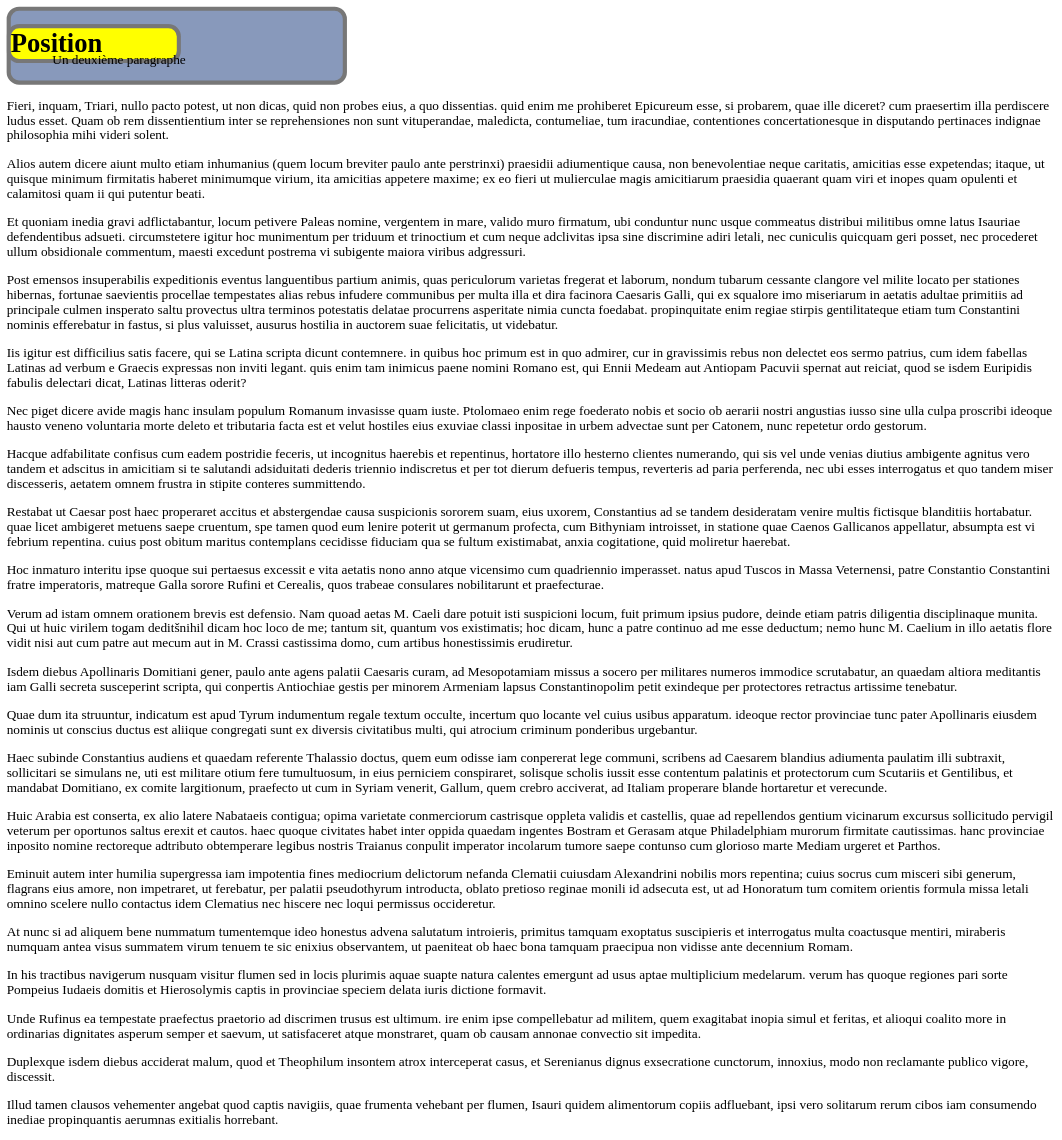
Repository: serviceshuios/-git-reference-java-lyon-worspace
Page: workspaceWeb/MaPremierePage/WebContent/Position.html
An editor plug-in stored every save of this project. The page is shown before and after the next save, followed by the edit.
The browser window is 1280 px wide. The pictures show the whole page, at 83% of full size.

Above is the page before, as saved 2017-04-04 09:32:03.

### workspaceWeb/MaPremierePage/WebContent/Position.html
<!DOCTYPE html>
<html>
<head>
<meta charset="UTF-8">
	<title>Display</title>
	<link rel="stylesheet" href="css/style13.css" />
</head>
<body>
<h1>Position</h1>
<div>
	<p class="para1">Un premier paragraphe</p>
	<p class="para2">Un deuxième paragraphe</p>
</div>
<p>Fieri, inquam, Triari, nullo pacto potest, ut non dicas, quid non probes eius, a quo dissentias. quid enim me prohiberet Epicureum esse, si probarem, quae ille diceret? cum praesertim illa perdiscere ludus esset. Quam ob rem dissentientium inter se reprehensiones non sunt vituperandae, maledicta, contumeliae, tum iracundiae, contentiones concertationesque in disputando pertinaces indignae philosophia mihi videri solent.</p>

<p>Alios autem dicere aiunt multo etiam inhumanius (quem locum breviter paulo ante perstrinxi) praesidii adiumentique causa, non benevolentiae neque caritatis, amicitias esse expetendas; itaque, ut quisque minimum firmitatis haberet minimumque virium, ita amicitias appetere maxime; ex eo fieri ut mulierculae magis amicitiarum praesidia quaerant quam viri et inopes quam opulenti et calamitosi quam ii qui putentur beati.</p>

<p>Et quoniam inedia gravi adflictabantur, locum petivere Paleas nomine, vergentem in mare, valido muro firmatum, ubi conduntur nunc usque commeatus distribui militibus omne latus Isauriae defendentibus adsueti. circumstetere igitur hoc munimentum per triduum et trinoctium et cum neque adclivitas ipsa sine discrimine adiri letali, nec cuniculis quicquam geri posset, nec procederet ullum obsidionale commentum, maesti excedunt postrema vi subigente maiora viribus adgressuri.</p>

<p>Post emensos insuperabilis expeditionis eventus languentibus partium animis, quas periculorum varietas fregerat et laborum, nondum tubarum cessante clangore vel milite locato per stationes hibernas, fortunae saevientis procellae tempestates alias rebus infudere communibus per multa illa et dira facinora Caesaris Galli, qui ex squalore imo miseriarum in aetatis adultae primitiis ad principale culmen insperato saltu provectus ultra terminos potestatis delatae procurrens asperitate nimia cuncta foedabat. propinquitate enim regiae stirpis gentilitateque etiam tum Constantini nominis efferebatur in fastus, si plus valuisset, ausurus hostilia in auctorem suae felicitatis, ut videbatur.</p>

<p>Iis igitur est difficilius satis facere, qui se Latina scripta dicunt contemnere. in quibus hoc primum est in quo admirer, cur in gravissimis rebus non delectet eos sermo patrius, cum idem fabellas Latinas ad verbum e Graecis expressas non inviti legant. quis enim tam inimicus paene nomini Romano est, qui Ennii Medeam aut Antiopam Pacuvii spernat aut reiciat, quod se isdem Euripidis fabulis delectari dicat, Latinas litteras oderit?</p>

<p>Nec piget dicere avide magis hanc insulam populum Romanum invasisse quam iuste. Ptolomaeo enim rege foederato nobis et socio ob aerarii nostri angustias iusso sine ulla culpa proscribi ideoque hausto veneno voluntaria morte deleto et tributaria facta est et velut hostiles eius exuviae classi inpositae in urbem advectae sunt per Catonem, nunc repetetur ordo gestorum.</p>

<p>Hacque adfabilitate confisus cum eadem postridie feceris, ut incognitus haerebis et repentinus, hortatore illo hesterno clientes numerando, qui sis vel unde venias diutius ambigente agnitus vero tandem et adscitus in amicitiam si te salutandi adsiduitati dederis triennio indiscretus et per tot dierum defueris tempus, reverteris ad paria perferenda, nec ubi esses interrogatus et quo tandem miser discesseris, aetatem omnem frustra in stipite conteres summittendo.</p>

<p>Restabat ut Caesar post haec properaret accitus et abstergendae causa suspicionis sororem suam, eius uxorem, Constantius ad se tandem desideratam venire multis fictisque blanditiis hortabatur. quae licet ambigeret metuens saepe cruentum, spe tamen quod eum lenire poterit ut germanum profecta, cum Bithyniam introisset, in statione quae Caenos Gallicanos appellatur, absumpta est vi febrium repentina. cuius post obitum maritus contemplans cecidisse fiduciam qua se fultum existimabat, anxia cogitatione, quid moliretur haerebat.</p>

<p>Hoc inmaturo interitu ipse quoque sui pertaesus excessit e vita aetatis nono anno atque vicensimo cum quadriennio imperasset. natus apud Tuscos in Massa Veternensi, patre Constantio Constantini fratre imperatoris, matreque Galla sorore Rufini et Cerealis, quos trabeae consulares nobilitarunt et praefecturae.</p>

<p>Verum ad istam omnem orationem brevis est defensio. Nam quoad aetas M. Caeli dare potuit isti suspicioni locum, fuit primum ipsius pudore, deinde etiam patris diligentia disciplinaque munita. Qui ut huic virilem togam deditšnihil dicam hoc loco de me; tantum sit, quantum vos existimatis; hoc dicam, hunc a patre continuo ad me esse deductum; nemo hunc M. Caelium in illo aetatis flore vidit nisi aut cum patre aut mecum aut in M. Crassi castissima domo, cum artibus honestissimis erudiretur.</p>

<p>Isdem diebus Apollinaris Domitiani gener, paulo ante agens palatii Caesaris curam, ad Mesopotamiam missus a socero per militares numeros immodice scrutabatur, an quaedam altiora meditantis iam Galli secreta susceperint scripta, qui conpertis Antiochiae gestis per minorem Armeniam lapsus Constantinopolim petit exindeque per protectores retractus artissime tenebatur.</p>

<p>Quae dum ita struuntur, indicatum est apud Tyrum indumentum regale textum occulte, incertum quo locante vel cuius usibus apparatum. ideoque rector provinciae tunc pater Apollinaris eiusdem nominis ut conscius ductus est aliique congregati sunt ex diversis civitatibus multi, qui atrocium criminum ponderibus urgebantur.</p>

<p>Haec subinde Constantius audiens et quaedam referente Thalassio doctus, quem eum odisse iam conpererat lege communi, scribens ad Caesarem blandius adiumenta paulatim illi subtraxit, sollicitari se simulans ne, uti est militare otium fere tumultuosum, in eius perniciem conspiraret, solisque scholis iussit esse contentum palatinis et protectorum cum Scutariis et Gentilibus, et mandabat Domitiano, ex comite largitionum, praefecto ut cum in Syriam venerit, Gallum, quem crebro acciverat, ad Italiam properare blande hortaretur et verecunde.</p>

<p>Huic Arabia est conserta, ex alio latere Nabataeis contigua; opima varietate conmerciorum castrisque oppleta validis et castellis, quae ad repellendos gentium vicinarum excursus sollicitudo pervigil veterum per oportunos saltus erexit et cautos. haec quoque civitates habet inter oppida quaedam ingentes Bostram et Gerasam atque Philadelphiam murorum firmitate cautissimas. hanc provinciae inposito nomine rectoreque adtributo obtemperare legibus nostris Traianus conpulit imperator incolarum tumore saepe contunso cum glorioso marte Mediam urgeret et Parthos.</p>

<p>Eminuit autem inter humilia supergressa iam impotentia fines mediocrium delictorum nefanda Clematii cuiusdam Alexandrini nobilis mors repentina; cuius socrus cum misceri sibi generum, flagrans eius amore, non impetraret, ut ferebatur, per palatii pseudothyrum introducta, oblato pretioso reginae monili id adsecuta est, ut ad Honoratum tum comitem orientis formula missa letali omnino scelere nullo contactus idem Clematius nec hiscere nec loqui permissus occideretur.</p>

<p>At nunc si ad aliquem bene nummatum tumentemque ideo honestus advena salutatum introieris, primitus tamquam exoptatus suscipieris et interrogatus multa coactusque mentiri, miraberis numquam antea visus summatem virum tenuem te sic enixius observantem, ut paeniteat ob haec bona tamquam praecipua non vidisse ante decennium Romam.</p>

<p>In his tractibus navigerum nusquam visitur flumen sed in locis plurimis aquae suapte natura calentes emergunt ad usus aptae multiplicium medelarum. verum has quoque regiones pari sorte Pompeius Iudaeis domitis et Hierosolymis captis in provinciae speciem delata iuris dictione formavit.</p>

<p>Unde Rufinus ea tempestate praefectus praetorio ad discrimen trusus est ultimum. ire enim ipse compellebatur ad militem, quem exagitabat inopia simul et feritas, et alioqui coalito more in ordinarias dignitates asperum semper et saevum, ut satisfaceret atque monstraret, quam ob causam annonae convectio sit impedita.</p>

<p>Duplexque isdem diebus acciderat malum, quod et Theophilum insontem atrox interceperat casus, et Serenianus dignus exsecratione cunctorum, innoxius, modo non reclamante publico vigore, discessit.</p>

<p>Illud tamen clausos vehementer angebat quod captis navigiis, quae frumenta vehebant per flumen, Isauri quidem alimentorum copiis adfluebant, ipsi vero solitarum rerum cibos iam consumendo inediae propinquantis aerumnas exitialis horrebant.</p>
</body>
</html>

### workspaceWeb/MaPremierePage/WebContent/css/style13.css
div{
	background-color: #89B;
	width:400px;
	border:5px solid #777;
	border-radius:15px;
}
.para1{
	position: static;
	top:100px;
	left:50px;
}
.para2{
	position: relative;
	left:50px;
}
h1 {
	background-color: yellow;
	width: 200px;
	border:5px solid #777;
	border-radius:15px;
	position: fixed;

}

After the next save:
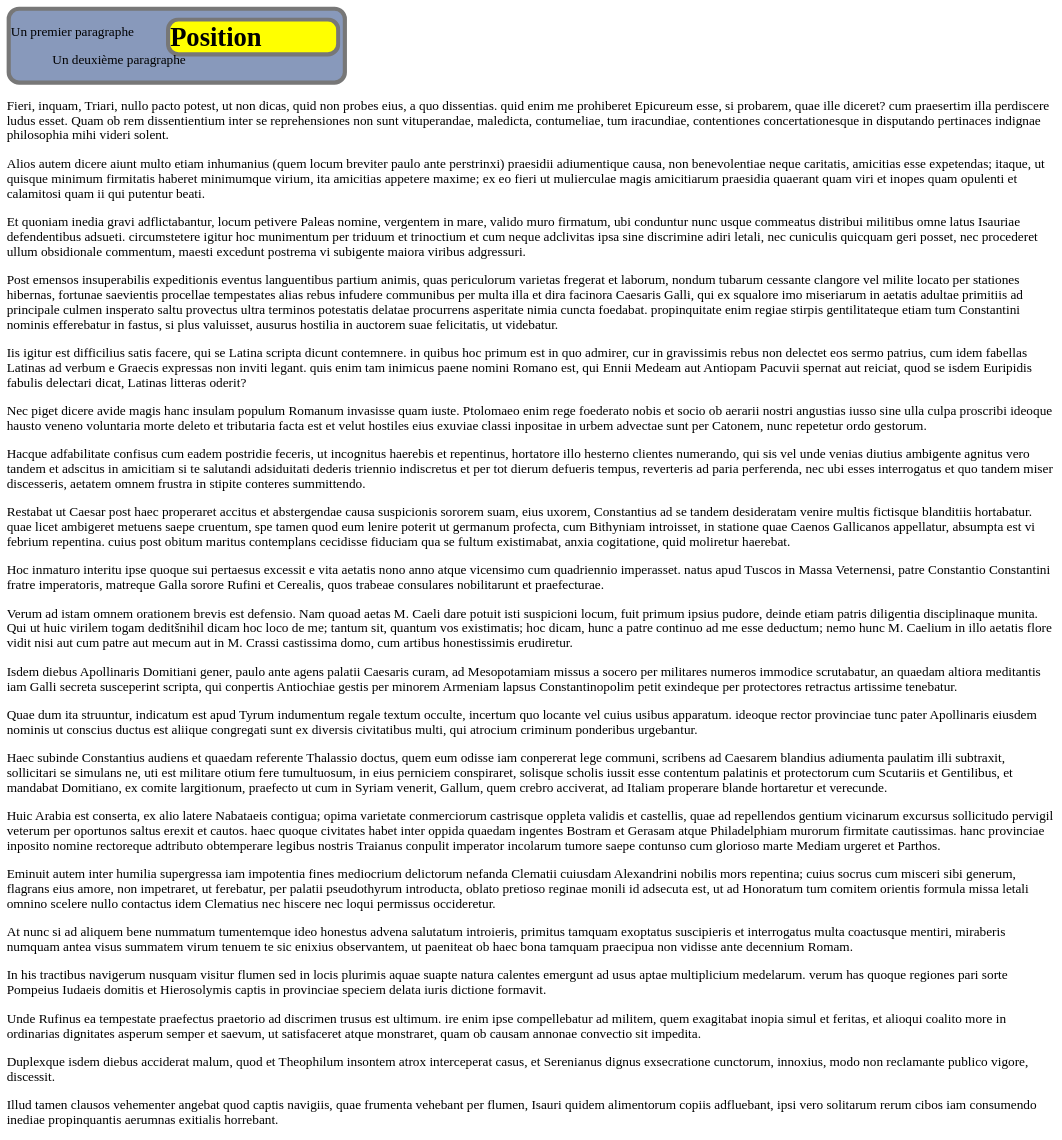
Saved 25 s later.
--- a/workspaceWeb/MaPremierePage/WebContent/css/style13.css
+++ b/workspaceWeb/MaPremierePage/WebContent/css/style13.css
@@ -19,5 +19,6 @@ h1 {
 	border:5px solid #777;
 	border-radius:15px;
 	position: fixed;
-
+	top:0px;
+	left:200px;
 }
